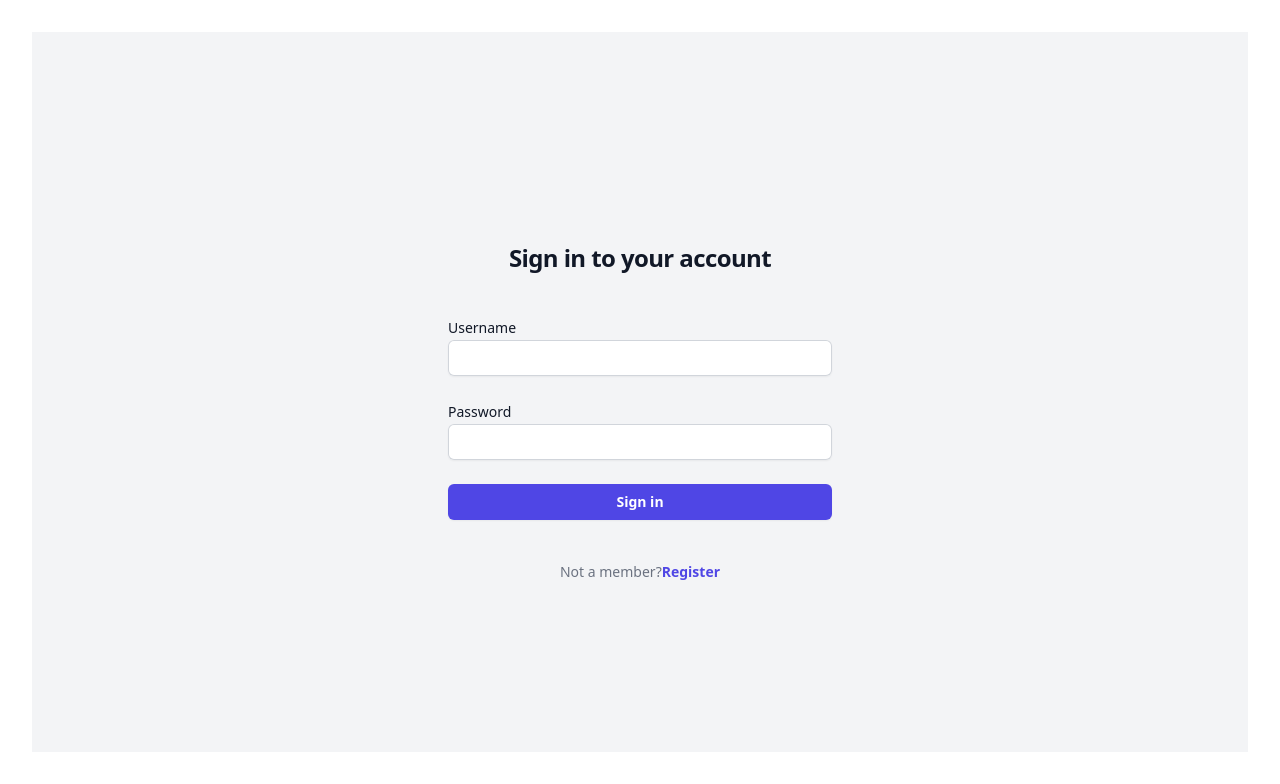
Repository: Wafaabahgat/Formik_React
Page: /
An editor plug-in stored every save of this project. The page is shown before and after the next save, followed by the edit.
The browser window is 1280 px wide. The pictures show the whole page.
The project was rebuilt for these pictures with package versions that can differ from the ones it lists, and the page was loaded fresh each time. Also part of the build but not shown: vite.config.ts.

Above is the page before, as saved 2024-02-13 21:02:06.

After the next save:
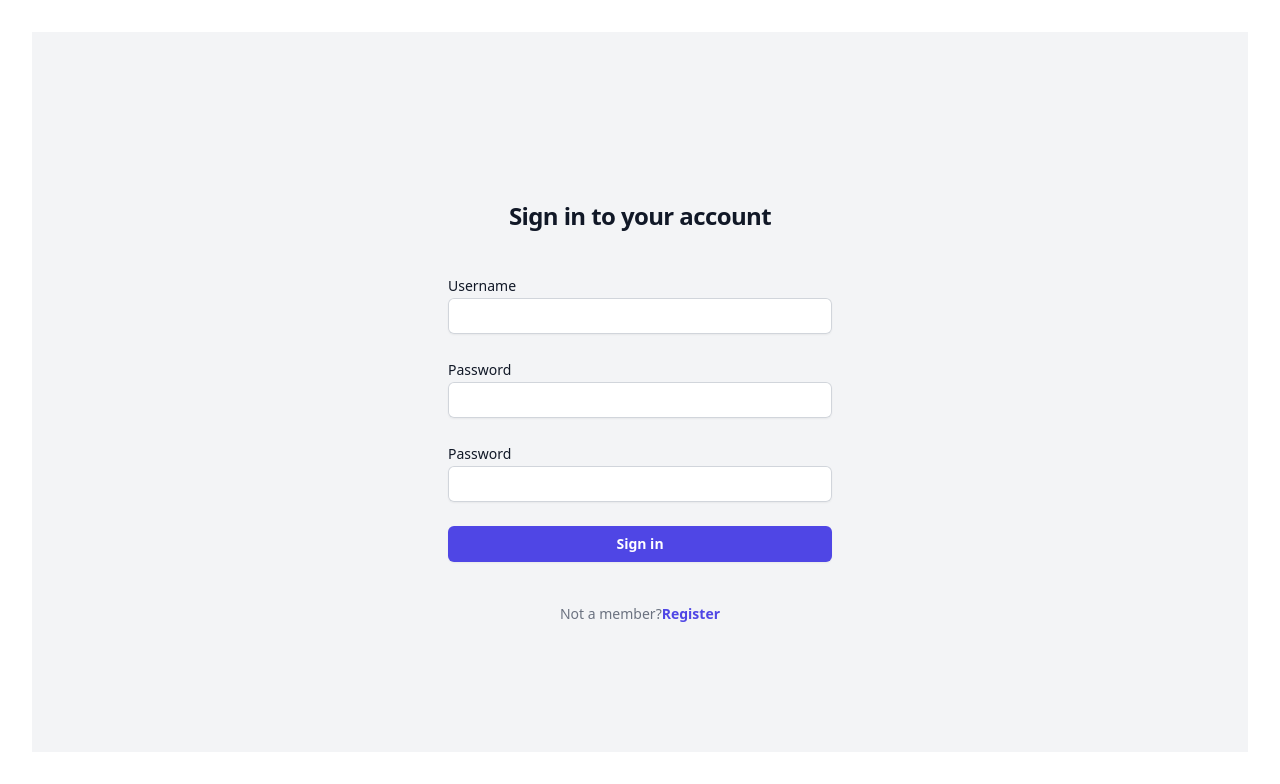
Saved 4 s later.
--- a/src/components/RegistrationForm.jsx
+++ b/src/components/RegistrationForm.jsx
@@ -46,6 +46,7 @@ const RegistrationForm = () => {
         <form className="space-y-6" action="#" method="POST">
           <Form ttl="Username" />
           <Form ttl="Password" />
+          <Form ttl="Password" />
 
           <div>
             <button
